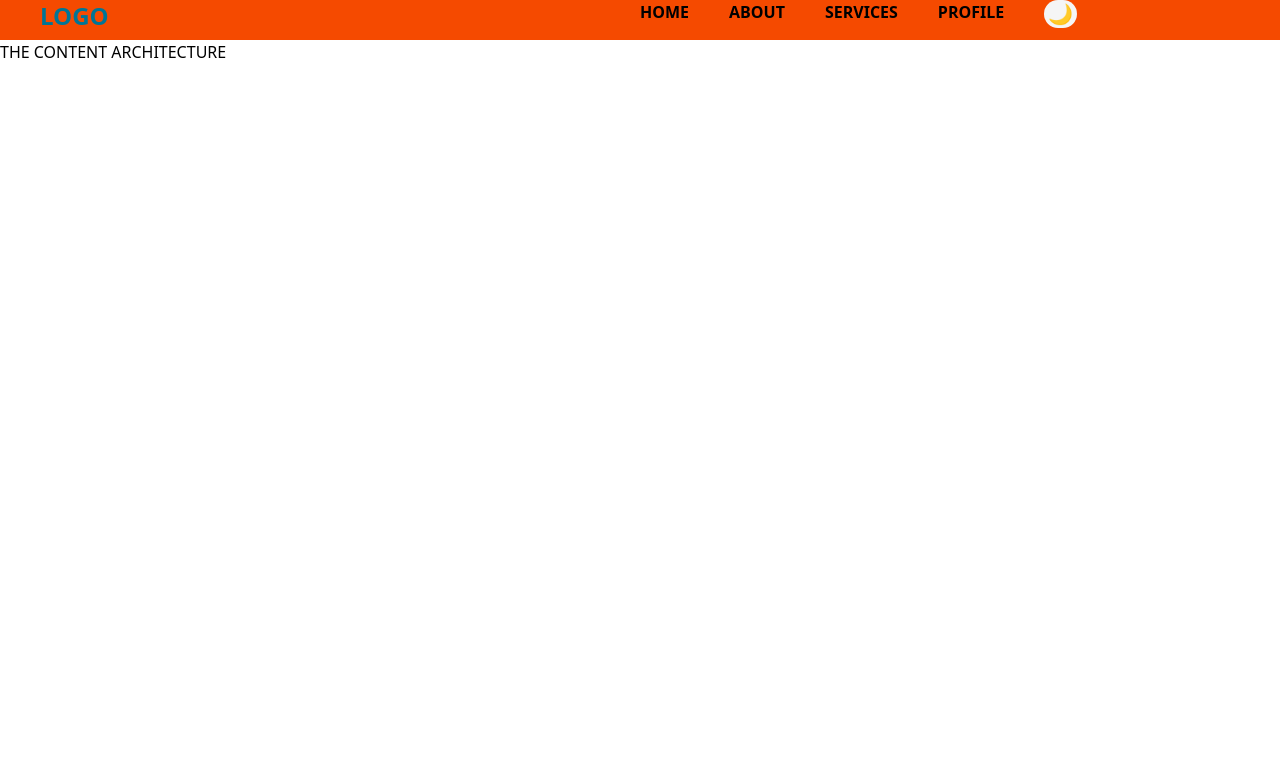
Repository: ajay-maurya-dev/Login
Page: /
An editor plug-in stored every save of this project. The page is shown before and after the next save, followed by the edit.
The browser window is 1280 px wide. The pictures show the whole page.
The project was rebuilt for these pictures with package versions that can differ from the ones it lists, and the page was loaded fresh each time. Also part of the build but not shown: vite.config.js.

Above is the page before, as saved 2026-10-23 16:12:45.

### index.html
<!doctype html>
<html lang="en">
  <head>
    <meta charset="UTF-8" />
    <link rel="icon" type="image/svg+xml" href="/favicon.svg" />
    <meta name="viewport" content="width=device-width, initial-scale=1.0" />
    <title>homepage</title>
  </head>
  <body>
    <div id="root"></div>
    <script type="module" src="/src/main.jsx"></script>
  </body>
</html>

### src/main.jsx
import { StrictMode } from 'react'
import { createRoot } from 'react-dom/client'
import './index.css'
import App from './App.jsx'
import Navbar from './components/Navbar.jsx'

createRoot(document.getElementById('root')).render(
  <StrictMode>
    <Navbar/>
    <App />
  </StrictMode>,
)

### src/App.jsx
function App() {
  return (
    <div className="h-screen w-screen dark:bg-black dark:text-white">

      <footer>
        <h1>THE CONTENT ARCHITECTURE</h1>
      </footer>
    </div>
  );
}

export default App;

### src/components/Navbar.jsx

import Dark from "./Dark";

function Navbar() {


  return (
    <nav className="flex md:flex-row items-center md:h-10 md:w-full px-10 dark:bg-black dark:text-white md:bg-orange-600 sm:h-50 sm:flex-col sm:items-start sm:bg-amber-600">
      <div className=" flex-1 text-2xl text-cyan-700 font-extrabold">LOGO</div>
      <div className="flex flex-1 gap-10 test-2xl font-bold sm:flex-">
        <h3 className="cursor-pointer hover:text-cyan-500 active:scale-95 ">
          HOME
        </h3>
        <h3 className="cursor-pointer hover:text-cyan-500 active:scale-95">
          ABOUT
        </h3>
        <h3 className="cursor-pointer hover:text-cyan-500 active:scale-95">
          SERVICES
        </h3>
        <h3 className="cursor-pointer hover:text-cyan-500 active:scale-95">
          PROFILE
        </h3>
        <Dark/>
      </div>
    </nav>
  );
}

export default Navbar;

### src/components/Dark.jsx
import { useState, useEffect } from "react";

export default function Dark() {
  const [isDark, setIsDark] = useState(false);

  // Sync the true/false state to the HTML document tag
  useEffect(() => {
    const root = window.document.documentElement;
    if (isDark) {
      root.classList.add("dark");
    } else {
      root.classList.remove("dark");
    }
  }, [isDark]);

  return (
    <button
      className="px-1 text-xl rounded-full bg-neutral-100 dark:bg-neutral-800 transition-colors duration-200"
      onClick={() => setIsDark((prev) => !prev)}
    >
      {isDark ? "☀️" : "🌙"}
    </button>
  );
}

Loaded but not shown: src/index.css (common file)

After the next save:
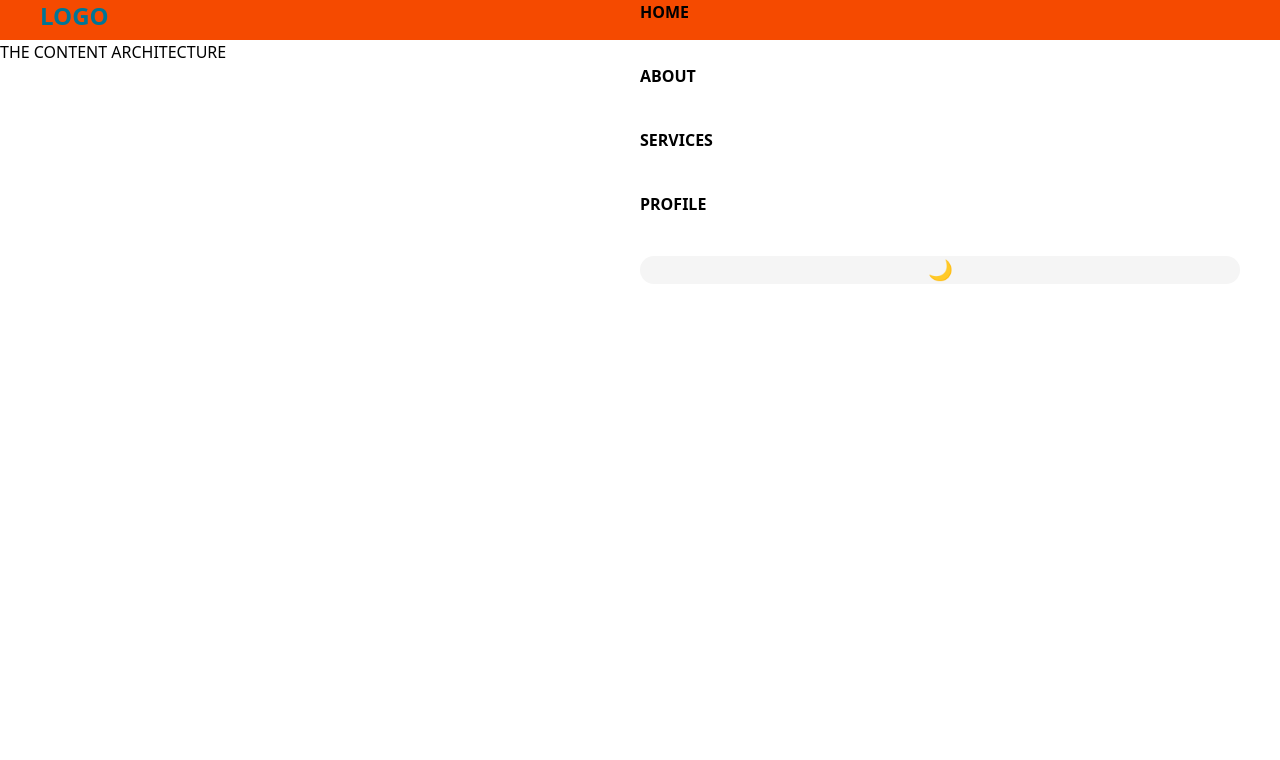
Saved 9 s later.
--- a/src/components/Navbar.jsx
+++ b/src/components/Navbar.jsx
@@ -7,7 +7,7 @@ function Navbar() {
   return (
     <nav className="flex md:flex-row items-center md:h-10 md:w-full px-10 dark:bg-black dark:text-white md:bg-orange-600 sm:h-50 sm:flex-col sm:items-start sm:bg-amber-600">
       <div className=" flex-1 text-2xl text-cyan-700 font-extrabold">LOGO</div>
-      <div className="flex flex-1 gap-10 test-2xl font-bold sm:flex-">
+      <div className="flex flex-1 gap-10 test-2xl font-bold sm:flex-col">
         <h3 className="cursor-pointer hover:text-cyan-500 active:scale-95 ">
           HOME
         </h3>
